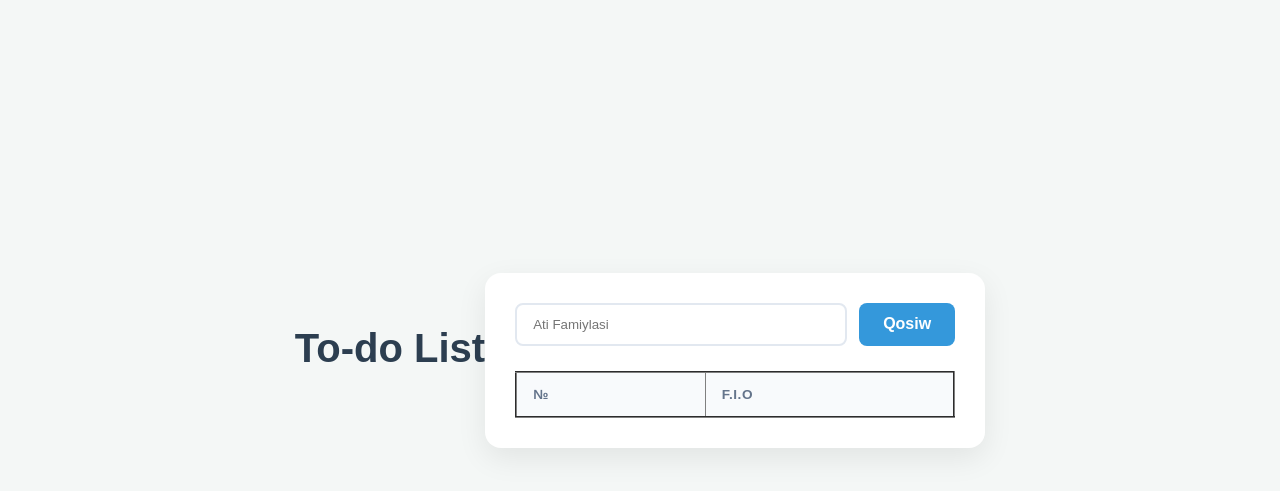
Repository: atamuratov777/my-to-do-list
Page: index.html
The author's editor kept a copy of each file at every save. The page is drawn from the files as they stood at one save, then again after the next save.
The browser window is 1280 px wide. The pictures show the whole page.

Above is the page before, as saved 2026-06-18 14:10:00.

### index.html
<!DOCTYPE html>
<html lang="en">
<head>
    <meta charset="UTF-8">
    <meta name="viewport" content="width=device-width, initial-scale=1.0">
    <title>Document</title>
    <link rel="stylesheet" href="./style.css">
</head>
<body>
    <h1>To-do List</h1>
    <div class="card">
    <div class="forms">
        <input type="text" placeholder="Ati Famiylasi" onchange="namech(event)">
        <button>Qosiw</button>
    </div>
    <table border="2">
        <thead>
            <th>№</th>
            <th>F.I.O</th>
        </thead>
        <tbody id="tbody">
        </tbody>
    </table>
    </div>
    <script src="./script.js"></script>
</body>
</html>

### style.css

* {
    margin: 0;
    padding: 0;
    box-sizing: border-box;
    font-family: sans-serif;
}

body {
    background-color: #f4f7f6;
    color: #333;
    display: flex;

    align-items: center;
    justify-content: center;
    height: 100vh;
    padding: 20px;
}

h1 {
    display: flex;
    align-items: center;
    justify-content: center;
    margin-bottom: 24px;
    color: #2c3e50;
    font-size: 2.5rem;
    font-weight: 600;
}

/* Стилизация контейнера-карточки */
.card {
    background: #ffffff;
    padding: 30px;
    border-radius: 16px;
    box-shadow: 0 10px 30px rgba(0, 0, 0, 0.08);
    width: 100%;
    max-width: 500px;
}

/* Форма ввода */
.forms {
    display: flex;
    gap: 12px;
    margin-bottom: 25px;
}

input {
    flex: 1;
    padding: 12px 16px;
    border: 2px solid #e2e8f0;
    border-radius: 8px;


}


button {
    padding: 12px 24px;
    background-color: #3498db;
    color: white;
    border: none;
    border-radius: 8px;
    font-size: 1rem;
    font-weight: 600;
    cursor: pointer;
    transition: background 0.2s, transform 0.1s;
}

button:hover {
    background-color: #2980b9;
}

button:active {
    transform: scale(0.98);
}

/* Таблица */
table {
    width: 100%;
    border-collapse: collapse;
    margin-top: 10px;
    text-align: left;
}

th, td {
    padding: 14px 16px;
    border-bottom: 1px solid #edf2f7;
}

thead th {
    background-color: #f8fafc;
    color: #64748b;
    font-size: 0.85rem;
    text-transform: uppercase;
    letter-spacing: 0.5px;
    font-weight: 600;
}

tbody tr:hover {
    background-color: #f8fafc;
}

/* Стили для иконки удаления */
.trash {
    cursor: pointer;
    text-align: center;
    font-size: 1.1rem;
    transition: transform 0.3s ease, color 0.2s;
    user-select: none;
}

.trash:hover {
    transform: scale(1.2);
    color: #e74c3c;
}

### script.js
let person=[]
const tbody=document.getElementById("tbody")

function namech(event){
    tbody.innerHTML=""
    person.push({
        id:12,
        name:event.target.value
    })
    person.forEach((person,index)=>{
        tbody.innerHTML+=`<tr>
        <th>${index+1}</th>
        <th>${person.name}<th>
        <th onClick={clicktrash(${index+1})} class="trash">🗑</th>
        </tr>`
    })
}

console.log("Usi ekran")

function clicktrash(basil) {
    tbody.innerHTML=""
    person.splice(basil-1,1)
    console.log(person)
    person.forEach((person,index)=>{
        tbody.innerHTML+=`<tr>
        <th>${index+1}</th>
        <th>${person.name}<th>
        <th onClick={clicktrash(${index+1})} class="trash">🗑</th>
        </tr>`
    })
}

After the next save:
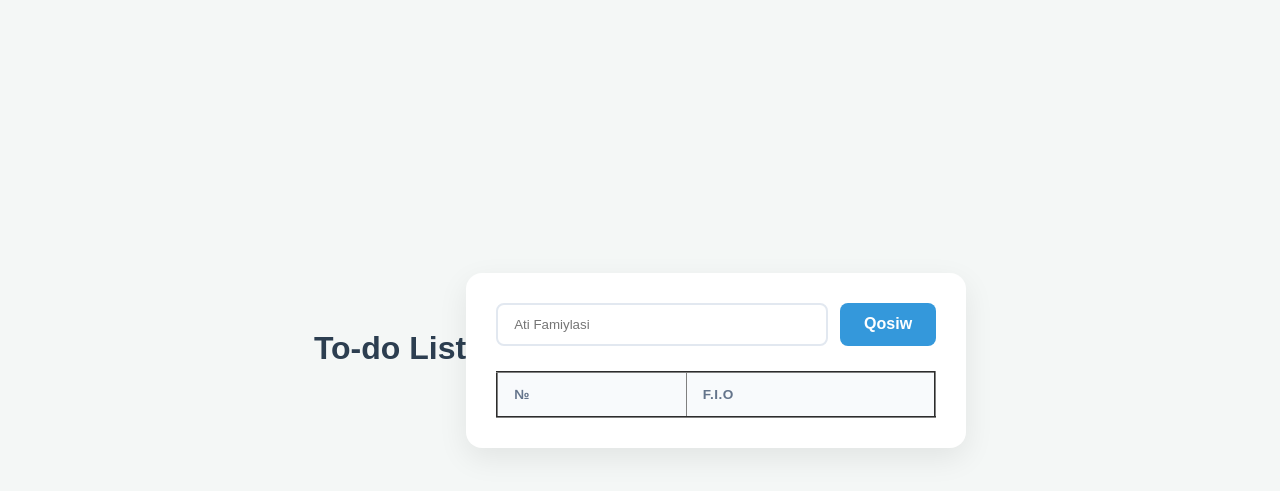
Saved 14 s later.
--- a/style.css
+++ b/style.css
@@ -23,7 +23,7 @@ h1 {
     justify-content: center;
     margin-bottom: 24px;
     color: #2c3e50;
-    font-size: 2.5rem;
+
     font-weight: 600;
 }
 
